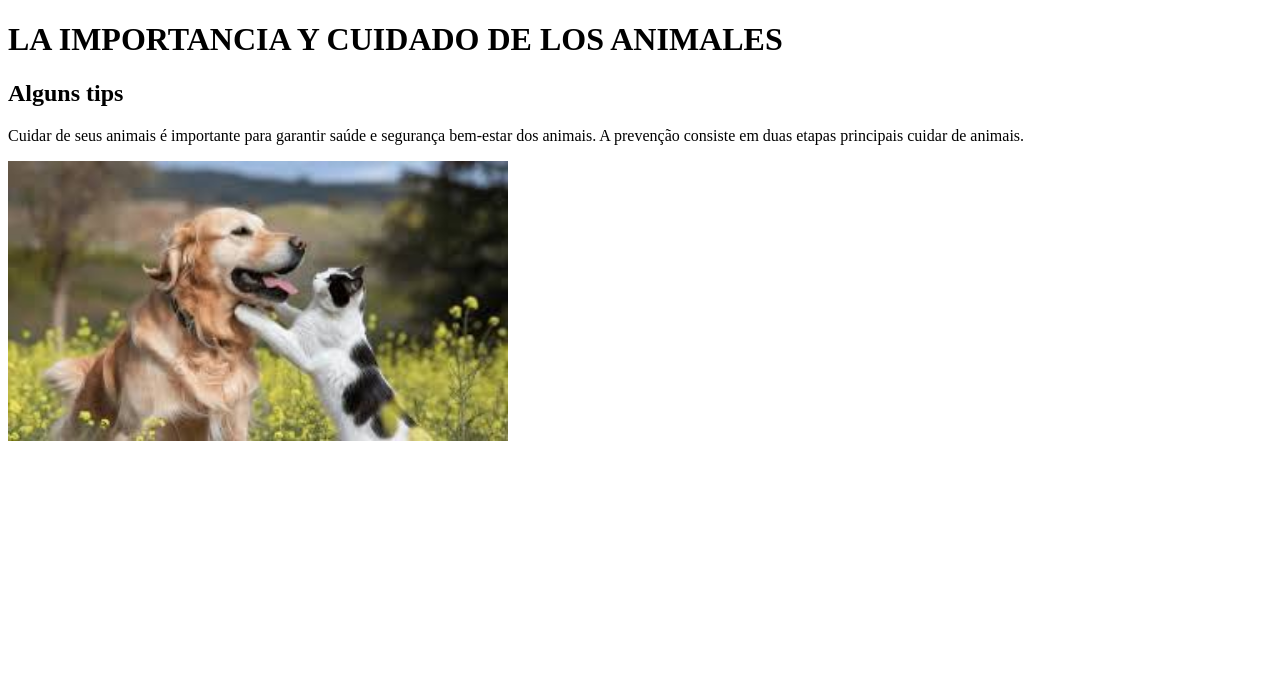
Repository: AnaFzCz/PROYECTOS-HTML---CSS2
Page: Ex_project_1/index.html
An editor plug-in stored every save of this project. The page is shown before and after the next save, followed by the edit.
The browser window is 1280 px wide. The pictures show the whole page.

Above is the page before, as saved 2025-01-20 06:48:03.

After the next save:
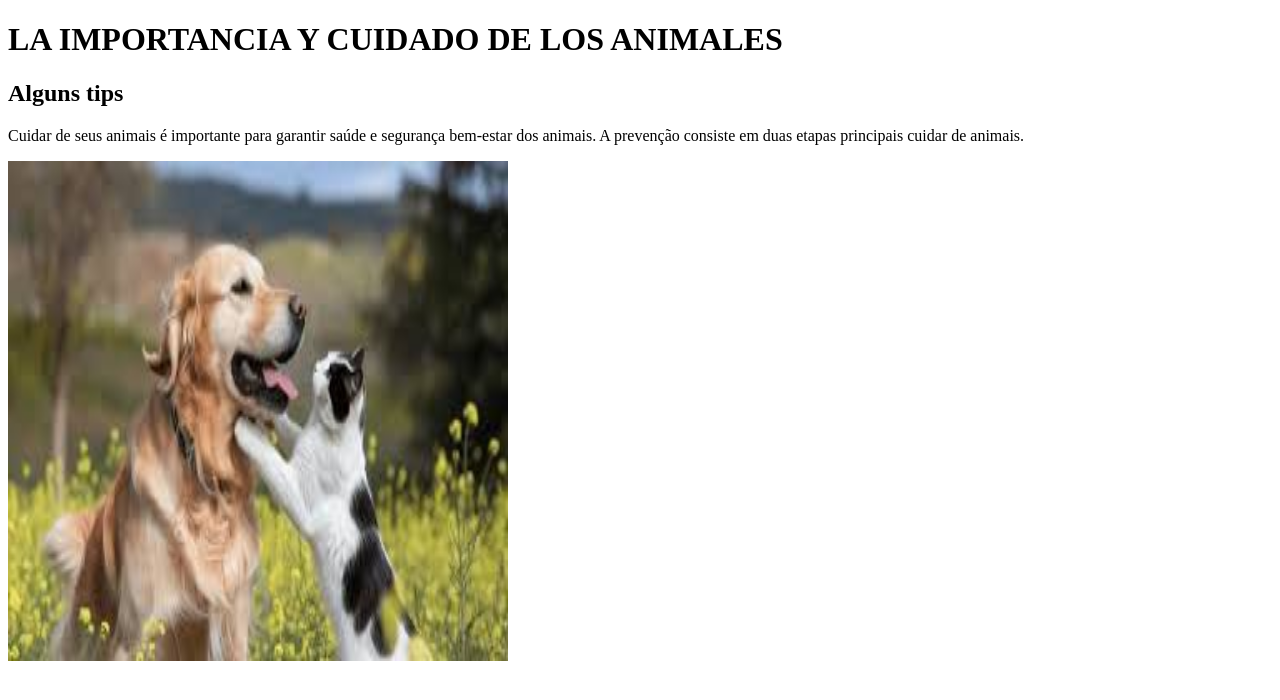
Saved 23 s later.
--- a/Ex_project_1/index.html
+++ b/Ex_project_1/index.html
@@ -7,5 +7,5 @@
     <h1>LA IMPORTANCIA Y CUIDADO DE LOS ANIMALES</h1>
     <h2>Alguns tips</h2>
     <p>Cuidar de seus animais é importante para garantir saúde e segurança bem-estar dos animais. A prevenção consiste em duas etapas principais cuidar de animais.</p>
-    <img src="animales.jpg" alt="animales" style="width:500px;height: auto;">
+    <img src="animales.jpg" alt="animales" style="width:500px;height: 500px;">
 </body>
